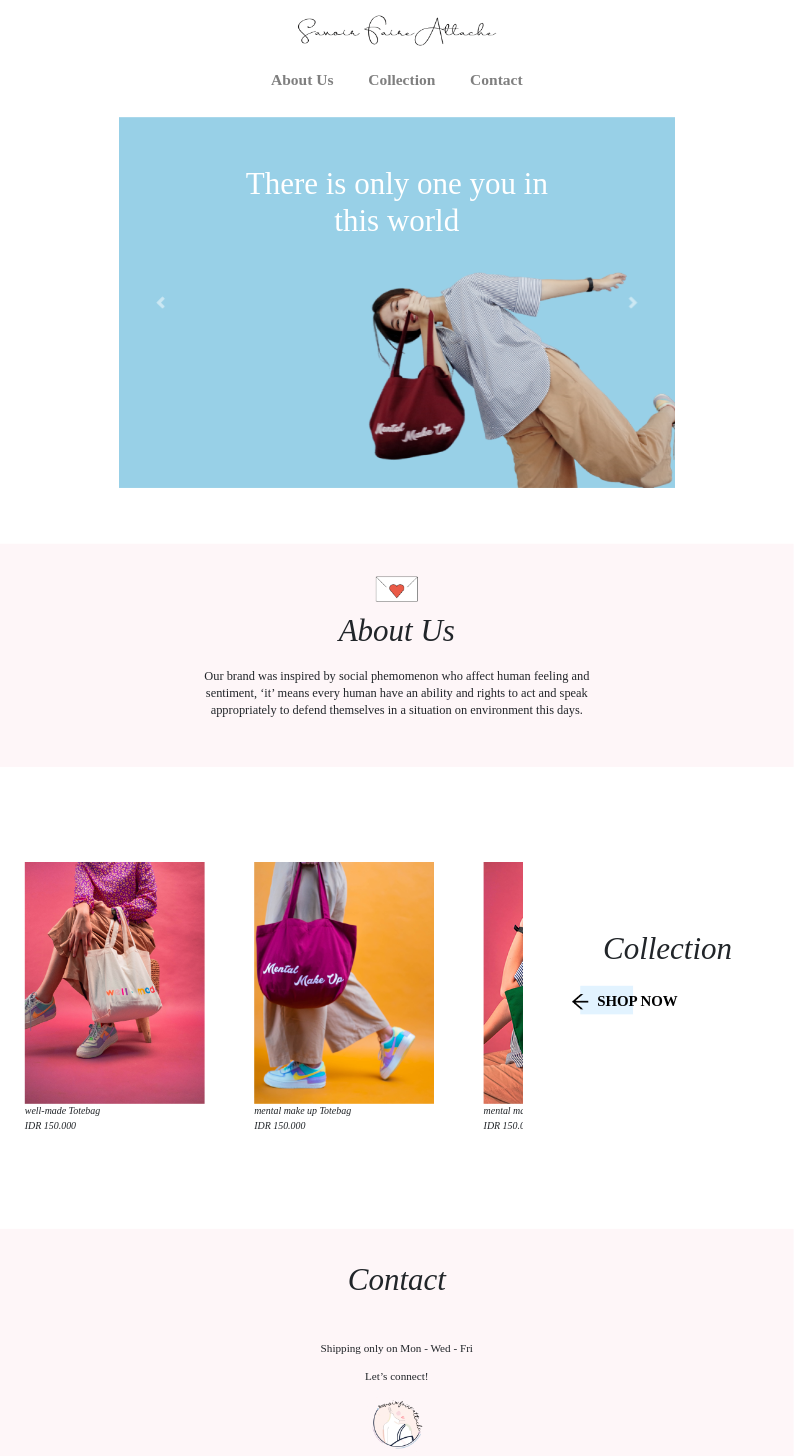
Repository: bismowibi/savoir
Page: index.html
An editor plug-in stored every save of this project. The page is shown before and after a run of saves, followed by the edit.
The browser window is 1280 px wide. The page is 1295 px wide, so the pictures cover 1295 px, including what lies to the right of the window. The pictures show the whole page, at 62% of full size.
Some web fonts or font styles are not loaded; a fallback is used. Some web libraries are served in a nearby version.

Above is the page before, as saved 2020-04-06 22:45:29.

### index.html
<!doctype html>
<html lang="en">

<head>
  <title>Savoir Fairre Attache</title>
  <!-- Required meta tags -->
  <meta charset="utf-8">
  <meta name="viewport" content="width=device-width, initial-scale=1, shrink-to-fit=no">
  <!-- Internal CSS -->
  <link rel="stylesheet" href="style.css">
  <!-- Bootstrap CSS -->
  <link rel="stylesheet" href="https://stackpath.bootstrapcdn.com/bootstrap/4.3.1/css/bootstrap.min.css"
    integrity="sha384-ggOyR0iXCbMQv3Xipma34MD+dH/1fQ784/j6cY/iJTQUOhcWr7x9JvoRxT2MZw1T" crossorigin="anonymous">
  <!-- Font Face GT -->
  <link href="https://db.onlinewebfonts.com/c/4417812509ea84242dcf790e829ca350?family=GT+Walsheim+Pro+Regular" rel="stylesheet" type="text/css"/>
    <!-- Icon -->
  <script src="https://kit.fontawesome.com/c5d0666ee9.js" crossorigin="anonymous"></script>
</head>

<body>

  <!-- Optional JavaScript -->
  <!-- jQuery first, then Popper.js, then Bootstrap JS -->
  <script src="https://code.jquery.com/jquery-3.3.1.slim.min.js"
    integrity="sha384-q8i/X+965DzO0rT7abK41JStQIAqVgRVzpbzo5smXKp4YfRvH+8abtTE1Pi6jizo" crossorigin="anonymous">
  </script>
  <script src="https://cdnjs.cloudflare.com/ajax/libs/popper.js/1.14.7/umd/popper.min.js"
    integrity="sha384-UO2eT0CpHqdSJQ6hJty5KVphtPhzWj9WO1clHTMGa3JDZwrnQq4sF86dIHNDz0W1" crossorigin="anonymous">
  </script>
  <script src="https://stackpath.bootstrapcdn.com/bootstrap/4.3.1/js/bootstrap.min.js"
    integrity="sha384-JjSmVgyd0p3pXB1rRibZUAYoIIy6OrQ6VrjIEaFf/nJGzIxFDsf4x0xIM+B07jRM" crossorigin="anonymous">
  </script>

  <section id="title">
    <div class="container-fluid">

      <!-- Header-logo -->
      <header id="site-header">
        <!-- <h5>Sfa</h5> -->
        <img src="Photos/savoir.png" alt="">
      </header>

      <!-- Navigation Bar -->
      <nav class="navbar navbar-expand-lg navbar-light">
        <a class="navbar-brand d-block d-sm-block d-md-bock d-lg-none navbar-right" style="float: none;"
          href="#">Sfa</a>

        <!-- Navbar Collapse Button -->
        <button class="navbar-toggler" type="button" data-toggle="collapse" data-target="#navbarTogglerDemo02"
          aria-controls="navbarTogglerDemo02" aria-expanded="false" aria- label="Toggle navigation">
          <span class="navbar-toggler-icon"></span>
        </button>

        <!-- Navbar Menu -->
        <div class="collapse navbar-collapse" id="navbarTogglerDemo02">
          <ul class="navbar-nav mx-auto">
            <li class="nav-item"><a class="nav-link" href="#about-us">About Us</a></li>
            <li class="nav-item"><a class="nav-link" href="#collection">Collection</a></li>
            <li class="nav-item"><a class="nav-link" href="#contact">Contact</a></li>
          </ul>
      </nav>
  </section>

  <!-- Home  -->
  <section id="home">
    <!-- <div class="container"> -->
    <div id="carouselExampleControls" class="carousel slide" data-ride="carousel" data-interval="0">
      <div class="carousel-inner">
        <!-- Card 1  -->
        <div class="carousel-item active">
          <div class="row card-1">
            <div class="col-lg-12">
              <h2 class="text-center">There is only one you in <br>this world</h2>
            </div>
            <div class="col-lg-12">
              <img class="img-card-1" src="Photos/card-1.png" alt="">
            </div>
          </div>
        </div>
        <!-- Card 2  -->
        <div class="carousel-item">
          <div class="row card-2">
            <div class="col-lg-6">
              <img class="img-card-2" src="Photos/card-2.png" alt="">
            </div>
            <div class="col-lg-6">
              <h2>Chic and <br>Colourful</h2>
            </div>
          </div>
        </div>
        <!-- Card 3 -->
        <div class="carousel-item">
          <div class="row card-3">
            <div class="col-lg-6">
              <h2>Savoir Faire Attache</h2>
            </div>
            <div class="col-lg-6">
              <img class="img-card-3" src="Photos/card-3.png" alt="">
            </div>
          </div>
        </div>
        <!-- Card 4 -->
        <div class="carousel-item">
          <div class="row card-4">
            <div class="col-lg-6">
              <h2>Grab yours now!</h2>
            </div>
            <div class="col-lg-6">
              <img class="img-card-4" src="Photos/card-4-n.png" alt="">
            </div>
          </div>
        </div>
      </div>
      <!-- Button Slider  -->
      <a class="carousel-control-prev" href="#carouselExampleControls" role="button" data-slide="prev">
        <span class="carousel-control-prev-icon" aria-hidden="true"></span>
        <span class="sr-only">Previous</span>
      </a>
      <a class="carousel-control-next" href="#carouselExampleControls" role="button" data-slide="next">
        <span class="carousel-control-next-icon" aria-hidden="true"></span>
        <span class="sr-only">Next</span>
      </a>
    </div>
    </div>
  </section>

  <section id="about-us">
    <div class="container-fluid">
      <div class="row text-center">
        <div class="col-about col-lg-12 ">
          <img class="love-letter" src="Photos/love-letter.png" alt="">
        </div>
        <div class="col-lg-12 text-center">
          <h2>About Us</h2>
          <p class="">Our brand was inspired by social phemomenon who affect human feeling and <br> sentiment, ‘it’ means every human have an ability and rights to act and speak <br>appropriately to defend themselves in a situation on environment this days. </p>
        </div>
      </div>
    </div>
    </div>
  </section>


  <!-- Collection -->
  <section id="collection">
    <!-- Scroling -->
    <div class="row scrolling-row">
      <div class="col-lg-8 sm-12">
        <div class="scrolling-wrapper-flexbox">
          <div class="card">
            <img src="Photos/img-collect-1.png" alt="">
            <span>well-made Totebag <br>IDR 150.000<span>
          </div>
          <div class="card">
            <img src="Photos/img-collect-2.png" alt="">
            <span>mental make up Totebag <br>IDR 150.000<span>
          </div>
          <div class="card">
            <img src="Photos/img-collect-3.png" alt="">
            <span>mental make up Totebag <br>IDR 150.000<span>
          </div>
          <div class="card">
            <img src="Photos/img-collect-4.png" alt="">
            <span>amore Totebag <br>IDR 150.000<span>
          </div>
        </div>
      </div>
      <div class="shop-now col-lg-4 sm-12">
        <h1 class="text-center">Collection</h1>
        <div class="arrow">
          <img class="img-arrow" src="Photos/arrow-biru.png" alt="">
          <a href="https://linktr.ee/savoirfaire_attache" target="_blank">
            <h4> SHOP NOW</h4>
          </a>
        </div>

      </div>
      </di>

  </section>

  <section id="contact">
  <div class="container-fluid">
    <div class="row text-center con">
      <div class="col-lg-12">
        <h2>Contact</h2>
      </div>

      <div class="col-lg-12 text-center  c">

      </div>

      <div class="col-sm-12 shipping">
        <h6> Shipping only on Mon - Wed - Fri <br> Let’s connect!</h6>
        <img src="Photos/logo.png" alt="">


      </div>
    </div>
    <!-- Mobile Version Code -->
    <div class="row contact-mobile text-center">
      <div class="col-sm-4">
        <img class="line-img" src="Photos/text-icon.png" alt="">
        <img class="mail-img"   src="Photos/mail-icon.png" alt="">
        <img class="ig-img"  src="Photos/ig-icon-2.png" alt="">
      </div>
      <div class="col-sm-12">
        <h6>Shipping only on Mon - Wed - Fri </h6>
      </div>
      </div>
    </div>


  </div>




  </section>











</body>

</html>

### style.css
/* Header - Logo */
#site-header {
    text-align: center;
    padding-top: 2%;
    font-family: "BeautyDream";
    font-size: 30px;
}

#site-header h5 {
    font-size: 30px;
}

#title{
    padding-bottom: 2%;
}
/* Navigation Bar */
.navbar-nav>li {
    padding-left: 20px;
    padding-right: 20px;
    font-family: "GT Walsheim Pro Regular";
    font-weight: bold;
    font-size:25px;
    margin-top:20px;
}

.navbar-brand {
    font-family: "BeautyDream";
    font-size: 2rem !important;
}


/* Home Card Background */
.card-1 {
    background-color: #98D0E7;
}

.card-2 {
    background-color: #D54C63;
}

.card-3 {
    background-color: #FECF70;
}

.card-4 {
    background-color: #F7E6D8;
}

/* Home */
#home {
    padding: 0% 15% 7%;
}

#carouselExampleControls h2 {
    font-family: "Futura";
    font-size: 50px;
    position: relative;
}

/* Card 1  */
.img-card-1 {
    position: relative;
    left: 35%;
    height: 470px;
}

.card-1 h2 {
    top: 60%;
    color: white;
}

/* Card 2 */
.img-card-2 {
    position: relative;
    left: 25%;
}

.card-2 h2 {
    color: #ffff;
    top: 40%;
    left: 10%;
}

/* Card 3 */
.card-3 h2 {
    color: #9C7C62;
    top: 35%;
    left: 23%;
}

/* Card-4 */
.card-4 h2 {
    left: 30%;
    top: 20%;
    color: #D54C63;
}

.img-card-4{

}
/* About Us */
#about-us {
    background-color: #FEF6F8;
    height: 360px;
    /* text-align: center; */
    padding: 3% 15% 3%;
    font-family: "GTWalsheimProRegular";
}

#about-us p{
    font-size: 20px;
    line-height: 27px;
    margin-top:30px;
}

#about-us h2 {
    font-family: Futura;
    font-style: italic;
    font-weight: 500;
    font-size: 50px;
}


/* Collection */

#collection {
    padding-top: 12%;
    padding-bottom:12%;
    font-family: "Futura";
    font-weight: 500;
    font-style: italic;
}

.scrolling-wrapper-flexbox {
    display: flex;
    white-space: nowrap;
    overflow-x: scroll;
    overflow-y:hidden;



}

.scrolling-wrapper-flexbox::-webkit-scrollbar {
    display: none;

}


.card {
    flex: 0 0 auto;
    /* height: 290px;
    width: 390px; */
    margin-left: 40px;
    margin-right: 40px;
    border: none !important;

}

#collection h1 {
    font-size: 50px;
    margin-top: 110px;

}

.arrow {
    margin-left: 45px;
    margin-top: 30px;

}

.arrow h4 {
    left: 24%;
    position: absolute;
    top: 48%;
    font-style: normal;
    font-weight: bold;
}

#collection a {
    color: black;
}

#collection a:hover {
    color: #d24967;
}



/* Contact */

#contact{
    padding: 3% 0% 0% 0%;
    background-color: #FEF6F8 ;
    font-family: "Futura";
}

#contact h2{
    font-size: 50px;
    font-style: italic;
    padding-top: 1%;
}

.contact-icon{
    padding-top:40px;
}

.shipping h6{
    font-size: 18px;
    margin-top: 15px;
    line-height: 45px;
    padding-top: 3%;
}

.contact-icon a {
    position: absolute;
    z-index: 9999;
 }


/* Only Show on Web */

@media only screen and (min-width:990px) {
.line{
    left:360px;
}

.mail{
    right: 370px;
    top: 10px;
}

#contact .contact-mobile{
    display: none;
}

}
#contact p{
    margin-top: 10px;
    opacity: 0;

}





/* Mobile Version */
@media only screen and (max-width:990px) {
    #site-header {
        display: none;
    }
}




@media only screen and (max-width:990px) {
    #home {
        padding: 0 0 0 0 !important;
    }
    .navbar-nav>li{
        font-size:15px;
    }
    /* Heading 2 Mobile */
    #carouselExampleControls h2 {
        font-size: 30px;
        text-align: center;
        display: flex;
        flex-direction: column;

    }

    #carouselExampleControls br{
        display: none;
    }

    .card-1, .card-2, .card-3, .card-4{
       height: 500px;
    }


    /* Card 1 Mobile */
    .img-card-1 {
        height: 80%;
        width: auto;
        position: relative;
        left: 4%;
        top: 3%;

    }

    /* Card 2 Mobile */
    .img-card-2 {
        position: relative;
        top: 22%;
        left: 10%;
        width: 80%;
    }

    .card-2 h2 {
        left: 0%;
        top: -1000%;
}


    /* Card 3 Mobile */
    .card-3 h2 {
        left:0%;
        top:130%;
    }

    .img-card-3 {
        width: auto;
        height: 70%;
        position: relative;
        left: 10%;
        top: 9%;

    }

    /* Card 4 Mobile */
    .img-card-4 {
        width: 81.5%;
        left: 10%;
        position: relative;
        top: 0%;
    }

    .card-4 h2 {
        left:0%;
        top:130%;
    }


    /* About Us Mobile Ver */
    #about-us {
        margin-top: 20%;
        padding-left: 0%;
        padding-right: 0%;
    }

    #about-us br{
        display: none;
    }

    #about-us h2 {
        font-size: 30px;
    }

    #about-us p {
        font-size: 15px;
        line-height: 24px;
    }

    #about-us .row{
        padding-top:40px;
    }

    /* Collection  Mobile Ver*/
    #collection {
        padding-top: 20%;
    }

    #collection h1 {
        font-size: 30px;
        margin-top: 0;

    }

    .arrow h4 {
        font-size: 15px;
        ;
        left: 30%;

    }

    .scrolling-row {
        display: flex;
        flex-direction: column-reverse;
    }

    .img-arrow {
        left: 5%;
        position: relative;
        margin-bottom: 13%;
    }
    #contact h2{
        font-size:30px;
        padding-top:5%;
    }

    .con{
        padding-top:2%;
    }
    .contact-icon{
        display: none;
    }

    .contact-mobile{
        padding-top: 10%;
    }
    .mail-img, .line-img, .ig-img {
        width: auto;
        height:60%;
        margin-left:4%;
        margin-right:4%;

    }


    .contact-mobile h6{
        font-size: 14px;
        padding-top: 20px;
    }





}


}

/* Font  */



@font-face{

    font-family: 'GTWalsheimProRegular';
    src: url('Font/GTWalsheimPro-Regular.eot');
    src: url('Font/GTWalsheimPro-Regular.eot?#iefix') format('embedded-opentype'),
         url('Font/GTWalsheimPro-Regular.woff2') format('woff2'),
         url('Font/GTWalsheimPro-Regular.woff') format('woff'),
         url('Font/GTWalsheimPro-Regular.svg#GTWalsheimPro-Regular') format('svg');
    font-weight: normal;
    font-style: normal;

    }


@font-face {

    font-family: 'BeautyDream';
    src: url('Font/Beauty-Dream.eot');
    src: url('Font/Beauty-Dream.eot?#iefix') format('embedded-opentype'),
         url('Font/Beauty-Dream.woff2') format('woff2'),
         url('Font/Beauty-Dream.woff') format('woff'),
         url('Font/Beauty-Dream.svg#Beauty-Dream') format('svg');
    font-weight: normal;
    font-style: normal;

    }
    @import url(https://db.onlinewebfonts.com/c/4417812509ea84242dcf790e829ca350?family=GT+Walsheim+Pro+Regular);

    @font-face {font-family: "GT Walsheim Pro Regular"; src: url("https://db.onlinewebfonts.com/t/4417812509ea84242dcf790e829ca350.eot"); src: url("https://db.onlinewebfonts.com/t/4417812509ea84242dcf790e829ca350.eot?#iefix") format("embedded-opentype"), url("https://db.onlinewebfonts.com/t/4417812509ea84242dcf790e829ca350.woff2") format("woff2"), url("https://db.onlinewebfonts.com/t/4417812509ea84242dcf790e829ca350.woff") format("woff"), url("https://db.onlinewebfonts.com/t/4417812509ea84242dcf790e829ca350.ttf") format("truetype"), url("https://db.onlinewebfonts.com/t/4417812509ea84242dcf790e829ca350.svg#GT Walsheim Pro Regular") format("svg"); }

After the next 2 saves:
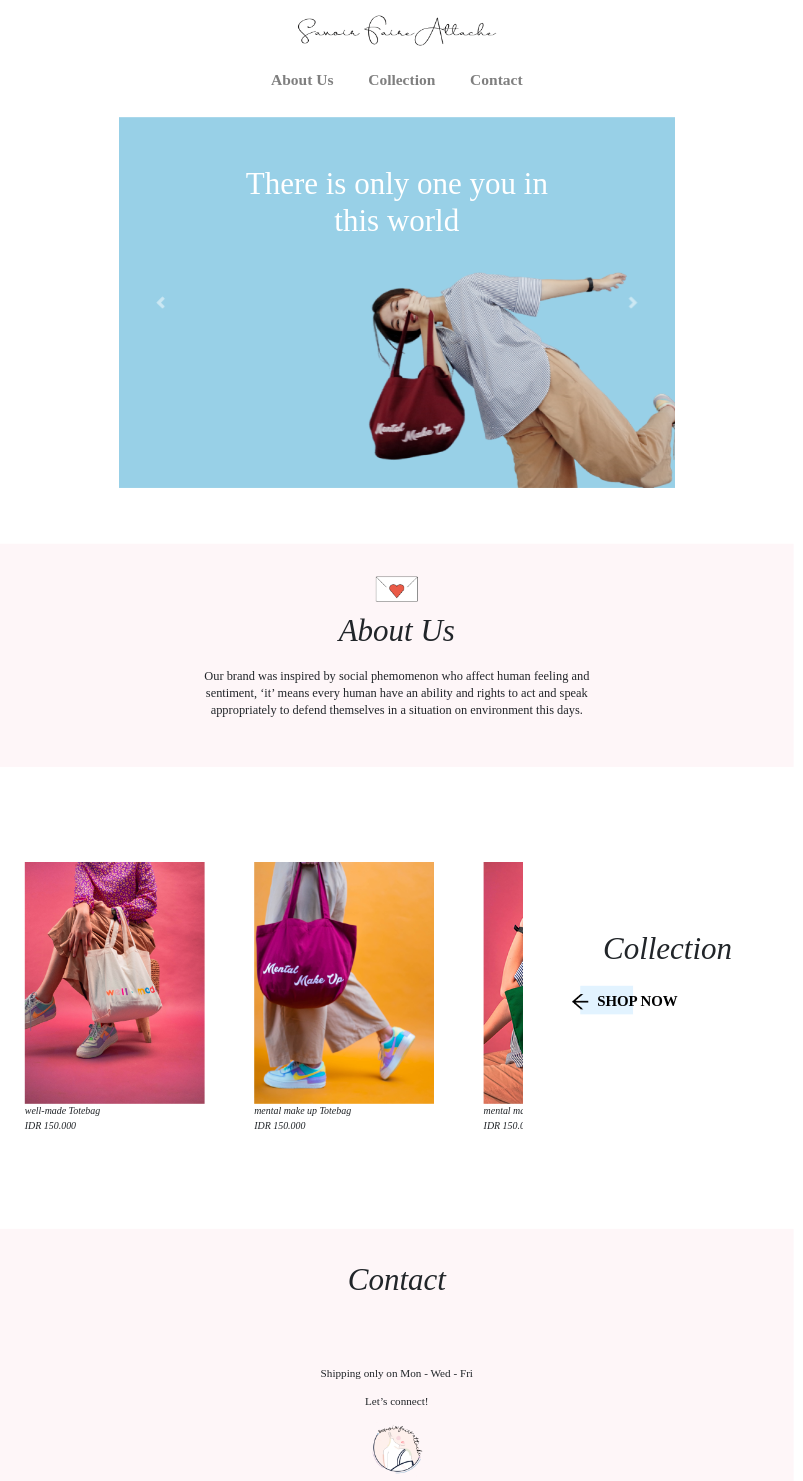
The 2 saves are shown as one change because they came seconds apart.
The last was saved 5 s later.
--- a/index.html
+++ b/index.html
@@ -185,7 +185,7 @@
         <h2>Contact</h2>
       </div>
 
-      <div class="col-lg-12 text-center  c">
+      <div class="col-lg-12 text-center  contact-icon">
 
       </div>
 
